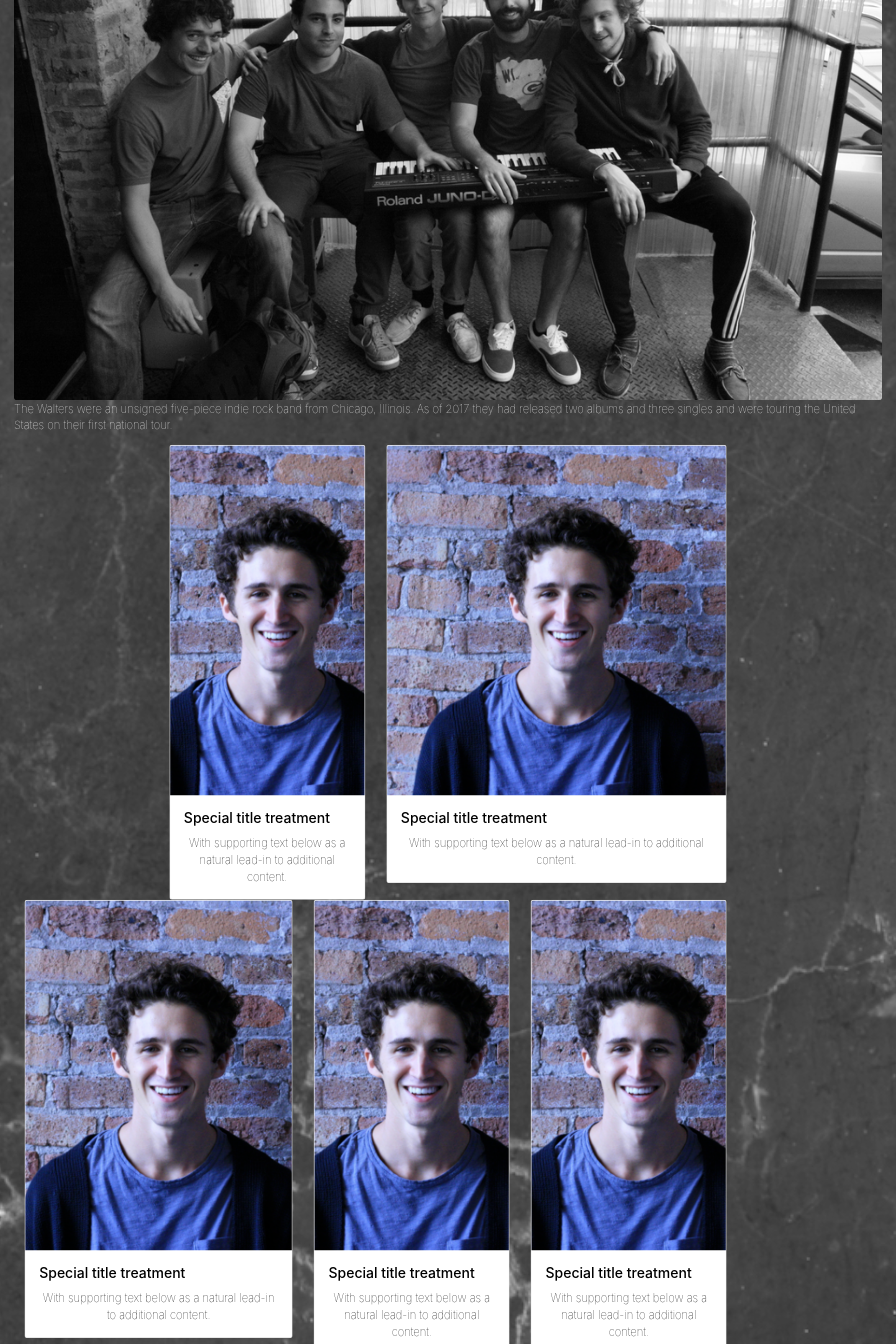
Repository: yucheng91/CIassignment1
Page: index.html
The author's editor kept a record of every edit. The page is drawn from the files as they stood at one moment, then again after the next edit.
The browser window is 1280 px wide. The pictures show the part of the page from y = 1318 to 3238 px (the page is 4493 px tall), at 70% of full size.

Above is the page before.

After the next edit:
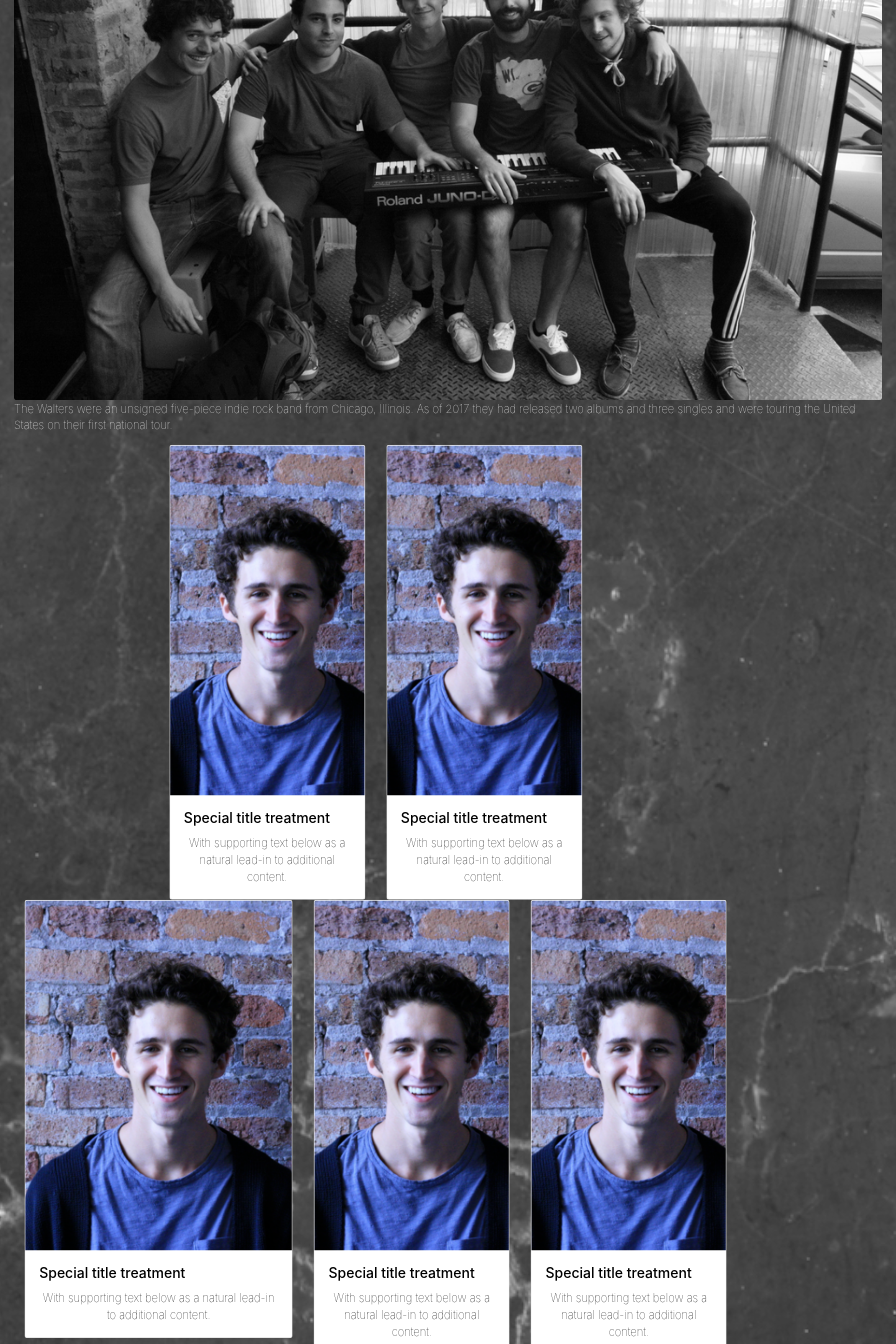
The edit:
--- a/index.html
+++ b/index.html
@@ -122,7 +122,7 @@
               </div>
             </div>
           </div>
-          <div class="col-12 col-md-5">
+          <div class="col-12 col-md-3">
             <div class="card">
               <img class="card-img-top" src="images/LukeOlson.png" alt="Card image cap">
               <div class="card-body">
